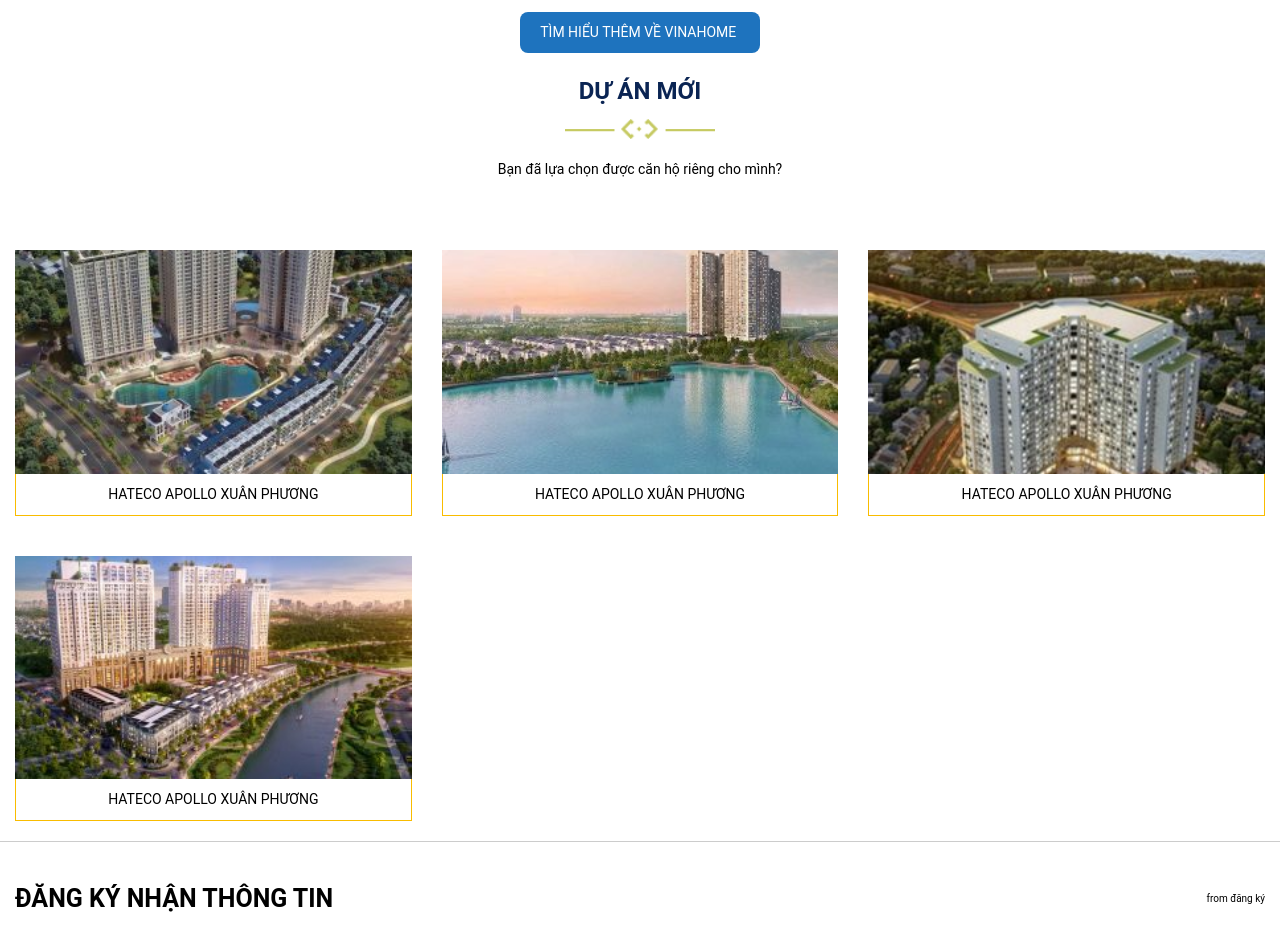
Repository: phamphuc2/fontend-bds
Page: index.html
An editor plug-in stored every save of this project. The page is shown before and after the next save, followed by the edit.
The browser window is 1280 px wide. The pictures show the part of the page from y = 934 to 1886 px (the page is 2433 px tall before and 2584 px after).
A picture or video elsewhere on the page could not be fetched, so the positions and the page height are approximate. Some web libraries are served in a nearby version.

Above is the page before, as saved 2022-06-08 15:54:16.

After the next save:
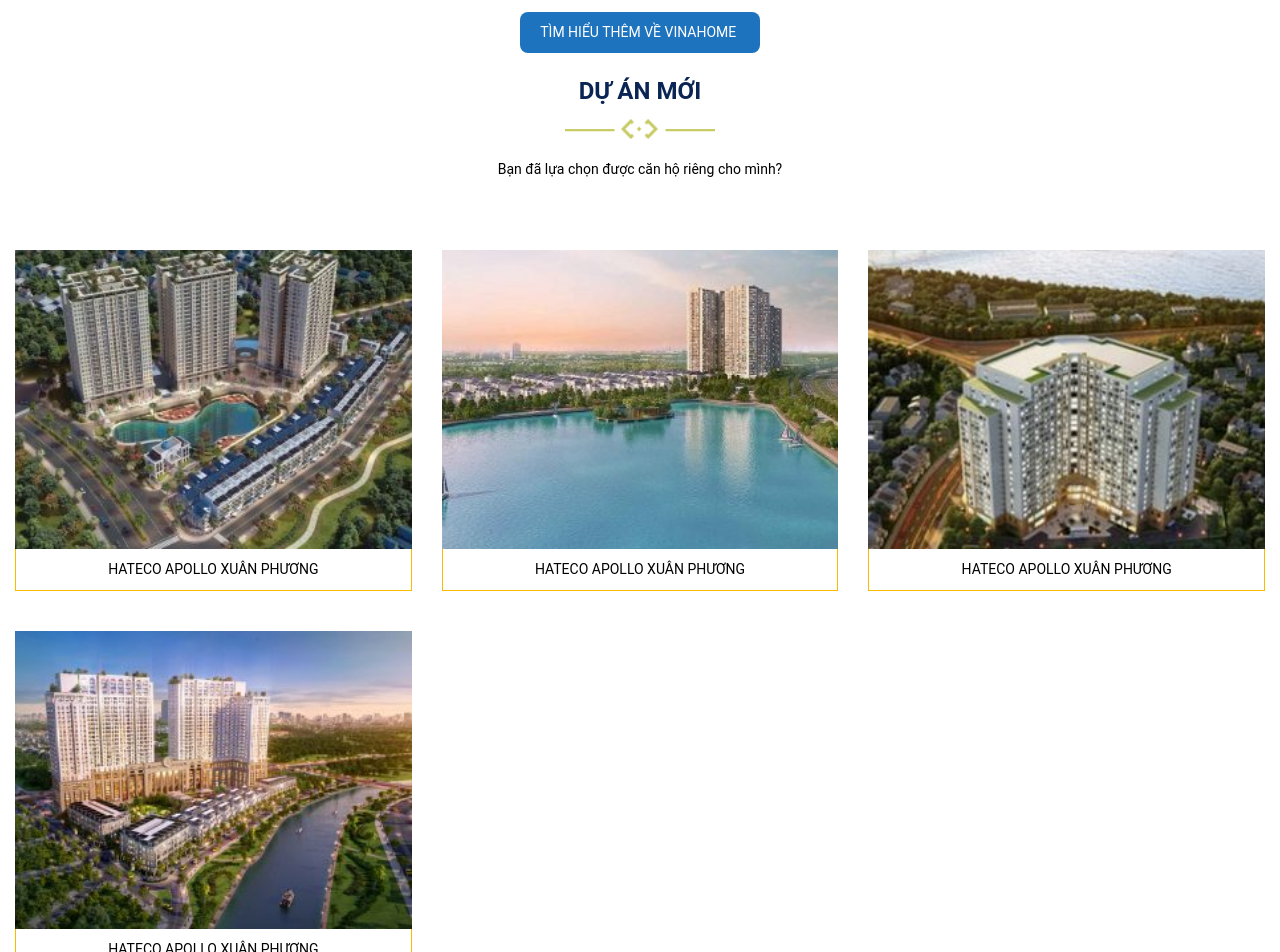
Saved 47 s later.
--- a/assets/css/theme.css
+++ b/assets/css/theme.css
@@ -290,6 +290,10 @@
 /* end section vinahome */
 
 /* section project */
+
+.project .item .img-wrap{
+    padding-top: 75.25%;
+}
 .project .item .img-wrap img:hover{
     -webkit-transform: scale(1.07) translateZ(0);
     transform: scale(1.07) translateZ(0);
